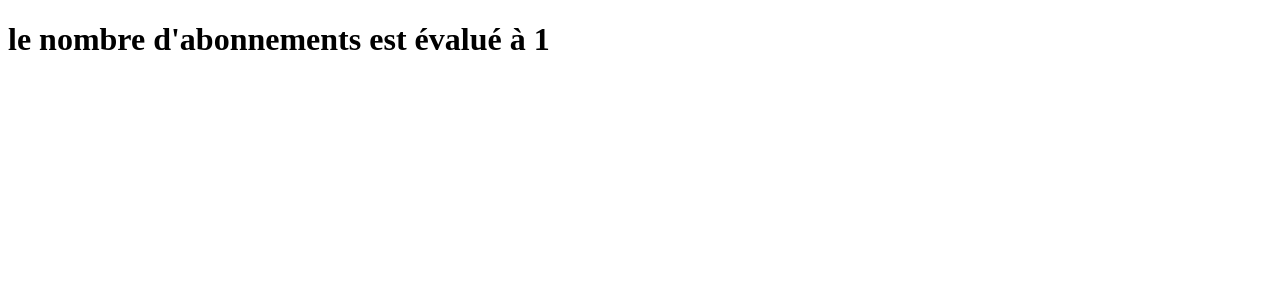
Repository: JohanVairac/montpar-architectureJEE
Page: http://localhost/exempleJEE/testBaliseDynamique.jsp
The author's editor kept a copy of each file at every save. The page is drawn from the files as they stood at one save, then again after the next save.
The browser window is 1280 px wide. The pictures show the whole page.
The page is served by Tomcat 9. Other server files are loaded and not shown.

Above is the page before, as saved 2019-04-10 08:26:21.

### exempleJEE/WebContent/testBaliseDynamique.jsp
<%@ page language="java" contentType="text/html; charset=ISO-8859-1"
    pageEncoding="UTF-8"%>
<!DOCTYPE html>
<html>
<head>
<%! private int compteur = 0; %>
<meta charset="UTF-8">
<title>Test des balises dynamiques</title>
</head>
<body>
<h1> le nombre d'abonnements est évalué à <%=++compteur %> </h1>
</body>
</html>

### exempleJEE/WebContent/resultat.jsp
<%@page import= "java.util.Date" %>
<%@ page language="java" contentType="text/html; charset=ISO-8859-1"
    pageEncoding="UTF-8"%>
<!DOCTYPE html>
<html>
<head>
<link rel="stylesheet" href="./css/main.css">
<link rel="stylesheet" href="./css/bootstrap.css">

<meta charset="UTF-8">
<title>Exemple d'une page JSP</title>
</head>
<body>
<h1>Hello, it's me </h1>
<p> Nous sommes le <span class= couleur>  <%= new Date (). toString() %> </span>
</body>
</html>

### exempleJEE/WebContent/css/main.css
.container{
    background-color:rgb white;
    width: 900px;
    margin: 0 auto 0 auto;
}
.part-haut{
    float: left;
    background-color: rgb(255, 115, 0);
    width: 900px;
    text-align: center;
    font-family: fantasy;

}
.part-haut2{
    float: left;
    background-color: rgba(250, 72, 18, 0.911);
    width: 900px;
    text-align: center;
}

.content-left{
    width: 34%;
    float: left;
}
.content-right {
    width: 33%;
    float: right;
}
footer{
    text-align: center;
    background-color: rgb(255, 115, 0);
    color: rgb(247, 248, 155);
    padding: 5px;
}
.clearfix{
    clear: both;
}
.part-center{
    float: left;
    width: 33%;

}
.part-nom{
    text-align: left;
    font-family: Cambria, Cochin, Georgia, Times, 'Times New Roman', serif;
    font-size: 15px;

}
.bar{
    background-color: whitesmoke;
    padding-top: 10px;
    padding-bottom:10px;
    border-bottom: 3px solid rgb(255, 230, 0);

}

.bar nav a {
    padding: 15px;
}
.bar nav a:hover{
    background-color: rgb(255, 60, 0);
    color: white;
    border-radius: 10px 10px 0 0;
}

#s1{
    background-color:yellow;
}

#s2{
    background-color: rgb(255, 251, 0);
}
#s3{
    background-color:rgb(203, 223, 27);
    min-width: 150px;

}

#s4{
    background-color: whitesmoke;
    min-width: 150px
}

#s5{
    background-color:azure;
    min-width: 150px
}

#s6{
    background-color: blanchedalmond;
    min-width: 150px
}
#form-contact div {
    margin-top:25px;

}
#produits thead {
    font-weight: bold;
    background-color: orange;
    color:white;

}

#produits td {
    padding:0 25px;
}
#produits  tbody tr:nth-child(odd){
    background-color: rgba(231, 151, 3, 0.911)
}

/*#produits {
    border-collapse: collapse
} enlever les lignes du tableau */

.container1{
    width: 600px;
    margin: 0 auto 0 auto;

}
.titre{
    font-family: cursive;
    color: blue;
}
.couleur{
	color: red;

}

Loaded but not shown: exempleJEE/WebContent/css/bootstrap.css (library)

After the next save:
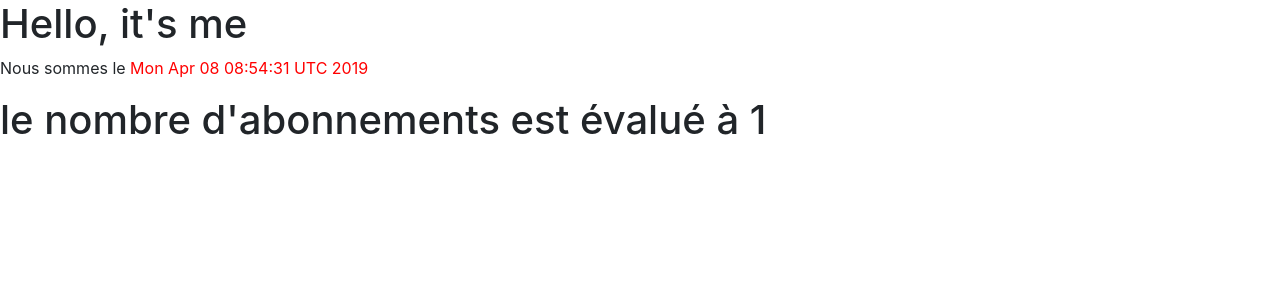
Saved 3 min 8 s later.
--- a/exempleJEE/WebContent/testBaliseDynamique.jsp
+++ b/exempleJEE/WebContent/testBaliseDynamique.jsp
@@ -1,5 +1,6 @@
 <%@ page language="java" contentType="text/html; charset=ISO-8859-1"
     pageEncoding="UTF-8"%>
+ <%@ include file = "resultat.jsp" %>
 <!DOCTYPE html>
 <html>
 <head>
